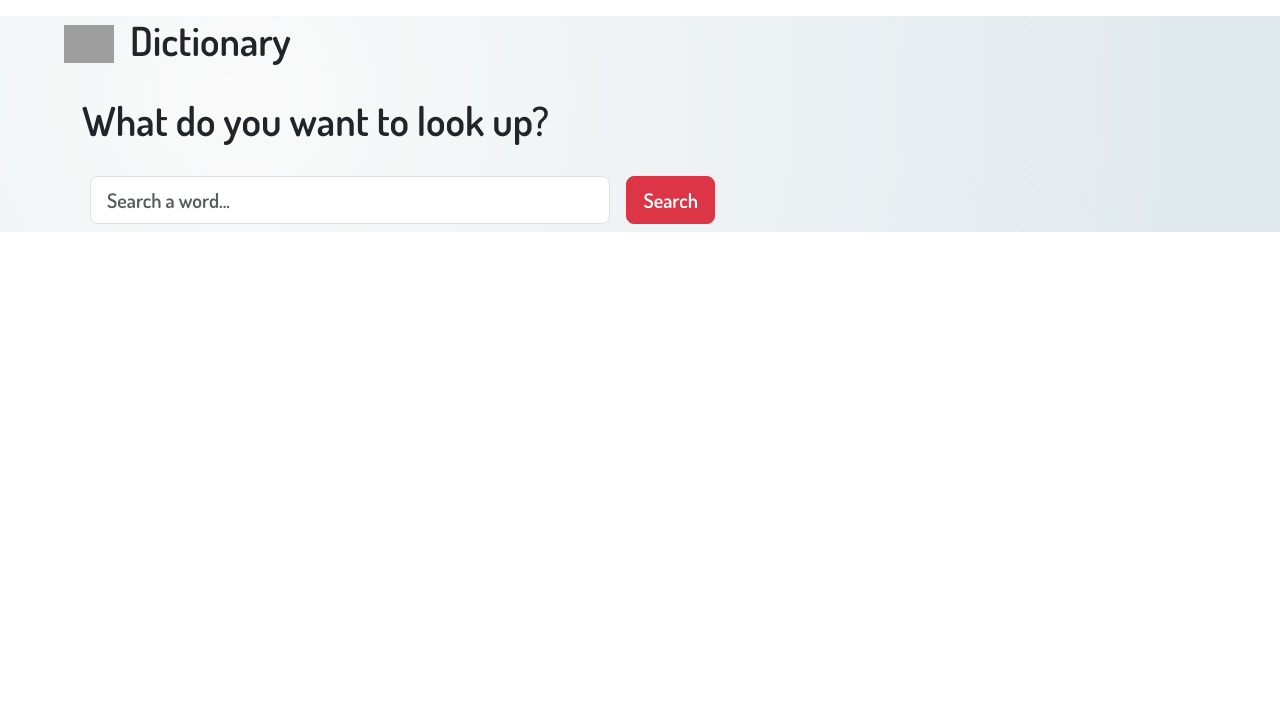
Repository: moehaymanmyint/react-dictionary-app
Page: /
The author's editor kept a copy of each file at every save. The page is drawn from the files as they stood at one save, then again after the next save.
The browser window is 1280 px wide. The pictures show the whole page.
Pictures or frames that could not be fetched are drawn as grey boxes. The project was rebuilt for these pictures with package versions that can differ from the ones it lists, and the page was loaded fresh each time. Also part of the build but not shown: src/Synonyms.js, src/Meaning.js, src/Phonetics.js, src/Results.js.

Above is the page before, as saved 2024-09-06 11:49:37.

After the next save:
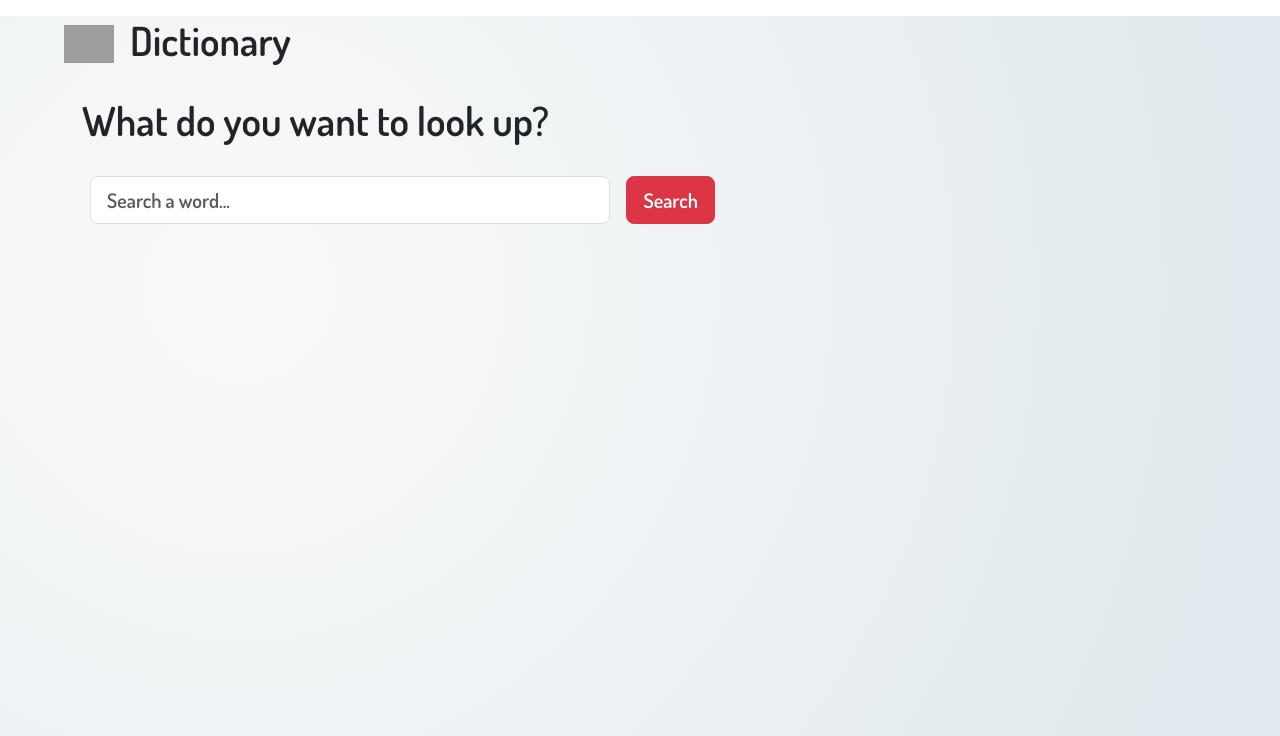
Saved 90 s later.
--- a/src/App.css
+++ b/src/App.css
@@ -6,5 +6,6 @@
 
 .App{
     font-family: "Dosis", sans-serif;
-    background: radial-gradient(circle at 18.7% 37.8%, rgb(250, 250, 250) 0%, rgb(225, 234, 238) 90%);;
+    background: radial-gradient(circle at 18.7% 37.8%, rgb(250, 250, 250) 0%, rgb(225, 234, 238) 90%);
+    height: 100vh;
 }
